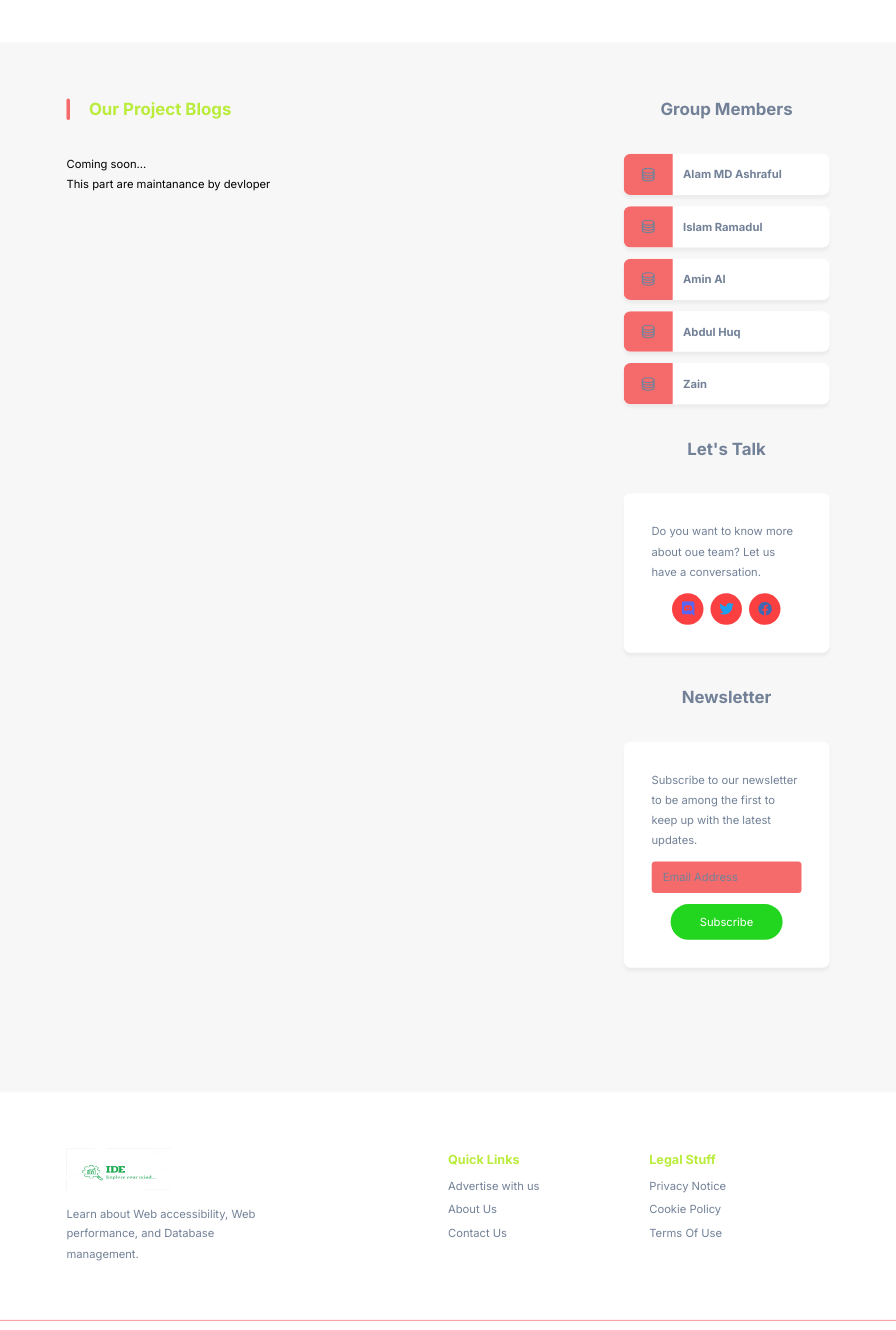
Repository: ramizraaz/zjuTeam
Page: main.html
The author's editor kept a copy of each file at every save. The page is drawn from the files as they stood at one save, then again after the next save.
The browser window is 1280 px wide. The pictures show the part of the page from y = 492 to 2392 px (the page is 2435 px tall before and 2443 px after), at 70% of full size.
A picture or video elsewhere on the page could not be fetched, so the positions and the page height are approximate.

Above is the page before, as saved 2023-10-09 02:51:39.

After the next save:
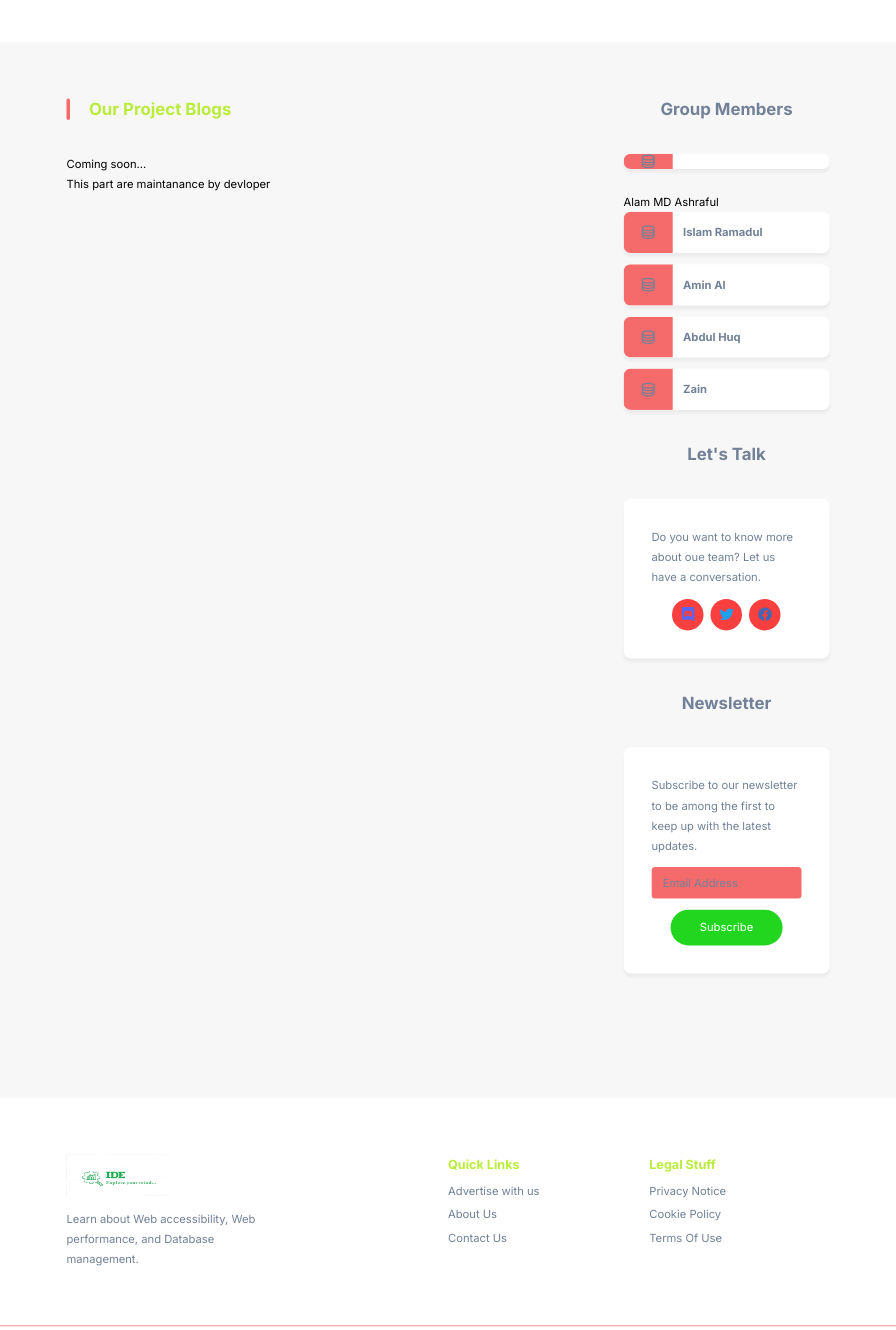
Saved 96 s later.
--- a/main.html
+++ b/main.html
@@ -192,7 +192,8 @@
                                 <ion-icon name="server-outline"></ion-icon>
                             </div>
 
-                            <p>Alam MD Ashraful</p>
+                            <p>
+                                <a href="https://ashraful756.github.io/Ashraful_Profile/" target=""></a>Alam MD Ashraful</p>
                         </a>
                         <a href="#" class="topic-btn">
                             <div class="icon-box">
